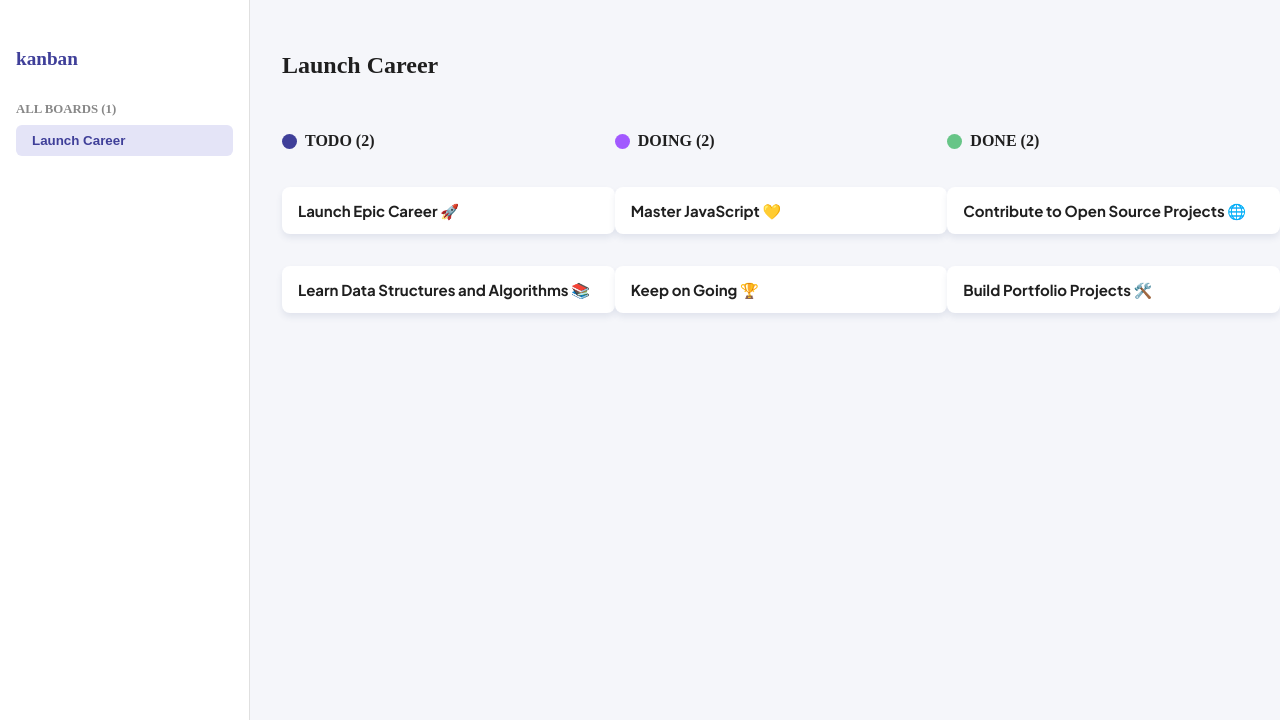
Repository: andajonas/ANDJON25111_fto2502_A2_Anda_Jonas_JSL01
Page: index.html
These files come from the project's save history. The page is drawn as it stood at one moment and after a run of saves; the edit follows.
The browser window is 1280 px wide. The pictures show the whole page.

Above is the page before, as saved 2025-04-24 13:56:29.

### index.html
<html lang="en">
  <head>
    <meta charset="UTF-8" />
    <meta name="viewport" content="width=device-width, initial-scale=1.0" />
    <title>Kanban Board</title>
    <link rel="stylesheet" href="style.css" />
  </head>

  <body>
    <div class="kanban-container">
      <!-- Sidebar -->
      <nav class="sidebar">
        <h1> kanban</h1>
        <div class="board-list">
          <h4>ALL BOARDS (1)</h4>
          <button class="board-btn">Launch Career</button>
        </div>
      </nav>

      <!-- Main Board Section -->
      <div class="main-board">
        <header>
          <h2 class="board-title">Launch Career</h2>
        </header>

        <main class="columns">
          <!-- TO DO Column -->
          <div class="column">
            <div class="column-header">
              <span class="dot todo"></span>
              <h4>TODO (2)</h4>
            </div>
            <div class="card-container">
              <div class="card">Launch Epic Career 🚀</div>
              <div class="card">Learn Data Structures and Algorithms 📚</div>
            </div>
          </div>

          <!-- DOING Column -->
          <div class="column">
            <div class="column-header">
              <span class="dot doing"></span>
              <h4>DOING (2)</h4>
            </div>
            <div class="card-container">
              <div class="card">Master JavaScript 💛</div>
              <div class="card">Keep on Going 🏆</div>
            </div>
          </div>

          <!-- DONE Column -->
          <div class="column">
            <div class="column-header">
              <span class="dot done"></span>
              <h4>DONE (2)</h4>
            </div>
            <div class="card-container">
              <div class="card">Contribute to Open Source Projects 🌐</div>
              <div class="card">Build Portfolio Projects 🛠️</div>
            </div>
          </div>
        </main>
      </div>
    </div>
  </body>
</html>

### style.css
@import url('https://fonts.googleapis.com/css2?family=Plus+Jakarta+Sans:wght@400;700&display=swap');
/* Base Styles */
body {
    margin: 0;
    font-family: "inter" sans-serif;
    background-color: #f5f6fa;
    color: #1f1f1f;
  }

  .kanban-container {
    display: grid;
    grid-template-columns: 250px 1fr;
    height: 100vh;
  }

  /* Sidebar */
  .sidebar {
    background-color: white;
    padding: 2rem 1rem;
    border-right: 1px solid #e0e0e0;
  }

  .sidebar h1 {
    font-size: 1.2rem;
    font-weight: 700;
    color: #3f3f99;
  }

  .board-list h4 {
    font-size: 0.8rem;
    font-weight: 600;
    color: #888;
    margin: 2rem 0 0.5rem;
  }

  .board-btn {
    background-color: #e4e4f7;
    color: #3f3f99;
    border: none;
    padding: 0.5rem 1rem;
    font-weight: 600;
    border-radius: 6px;
    cursor: pointer;
    text-align: left;
    width: 100%;
  }

  /* Main Content */
  .main-board {
    padding: 2rem;
    overflow-x: auto;
  }

  .board-title {
    font-size: 1.5rem;
    font-weight: 600;
    margin-bottom: 2rem;
  }

  /* Columns Layout */
  .columns {
    display: grid;
    grid-template-columns: repeat(3, 1fr);
    gap: 2rem;
  }

  /* Column */
  .column {
    display: flex;
    flex-direction: column;
  }

  /* Column Header */
  .column-header {
    display: flex;
    align-items: center;
    gap: 0.5rem;
    font-weight: 600;
    margin-bottom: 1rem;
  }

  .dot {
    width: 15px;
    height: 15px;
    border-radius: 50%;
  }

  .dot.todo {
    background-color: #3f3f99;
  }

  .dot.doing {
    background-color: #a259ff;
  }

  .dot.done {
    background-color: #67c587;
  }

  /* Cards */
  .card-container {
    display: flex;
    flex-direction: column;
    gap: 1rem;
  }

  .card {
      font-family: 'Plus Jakarta Sans', sans-serif;
      font-weight: 700;
      font-size: 15px;
      line-height: 1;
      padding: 1rem;
      background-color: white;
      border-radius: 8px;
      box-shadow: 0px 4px 6px rgba(54, 78, 126, 0.1);
      margin-bottom: 1rem;
      width: 100%;
      max-width: 301px;
    }

After the next 4 saves:
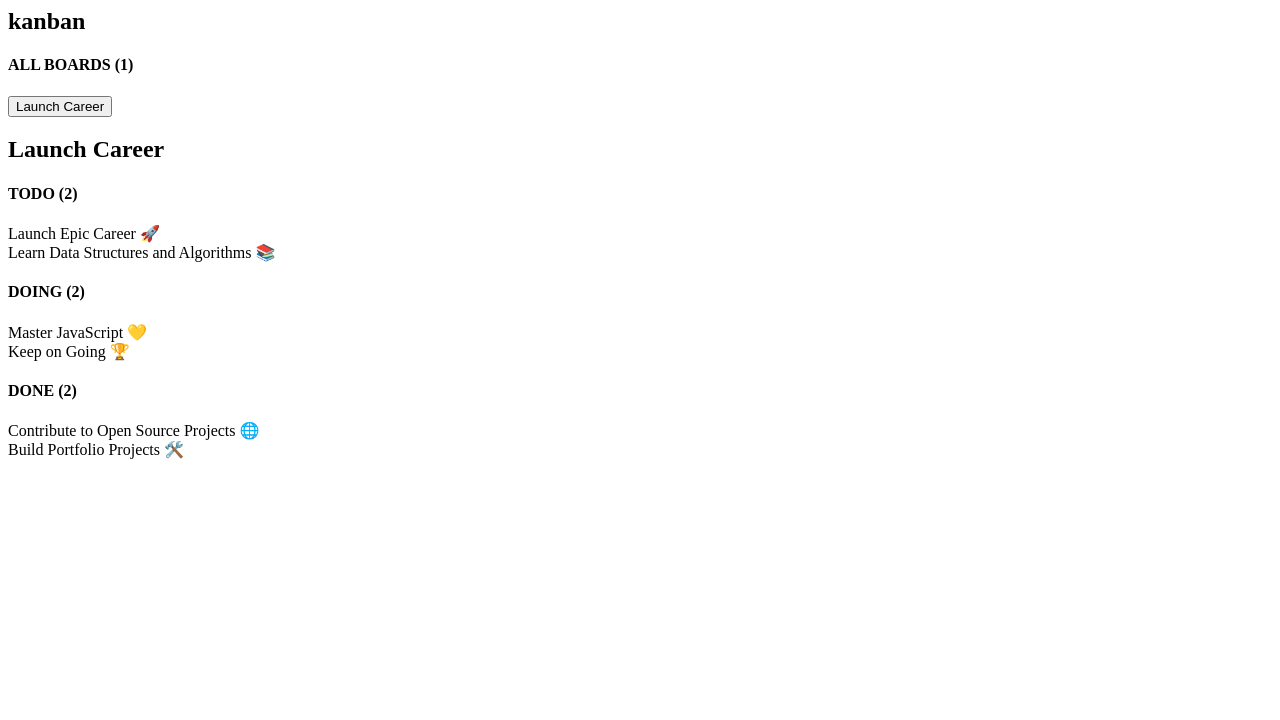
The 4 saves are shown as one change because they came seconds apart.
The last was saved 21 h 59 min later.
--- a/index.html
+++ b/index.html
@@ -3,6 +3,7 @@
     <meta charset="UTF-8" />
     <meta name="viewport" content="width=device-width, initial-scale=1.0" />
     <title>Kanban Board</title>
+    <link rel=""
     <link rel="stylesheet" href="style.css" />
   </head>
 

After the 4 saves that followed:
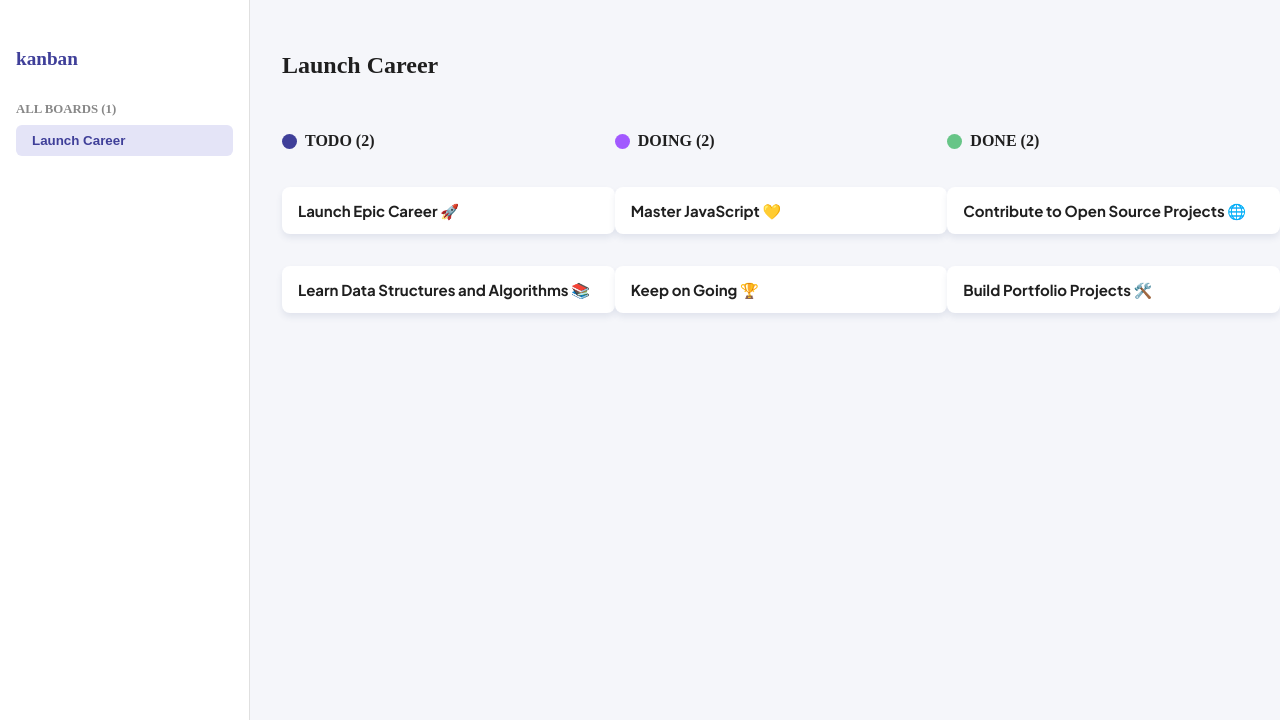
The 4 saves are shown as one change because 2 left the picture as it was and some came seconds apart.
The last was saved 32 s later.
--- a/index.html
+++ b/index.html
@@ -3,7 +3,7 @@
     <meta charset="UTF-8" />
     <meta name="viewport" content="width=device-width, initial-scale=1.0" />
     <title>Kanban Board</title>
-    <link rel=""
+    <link rel="assets/favicon.svg" type="image">
     <link rel="stylesheet" href="style.css" />
   </head>
 
